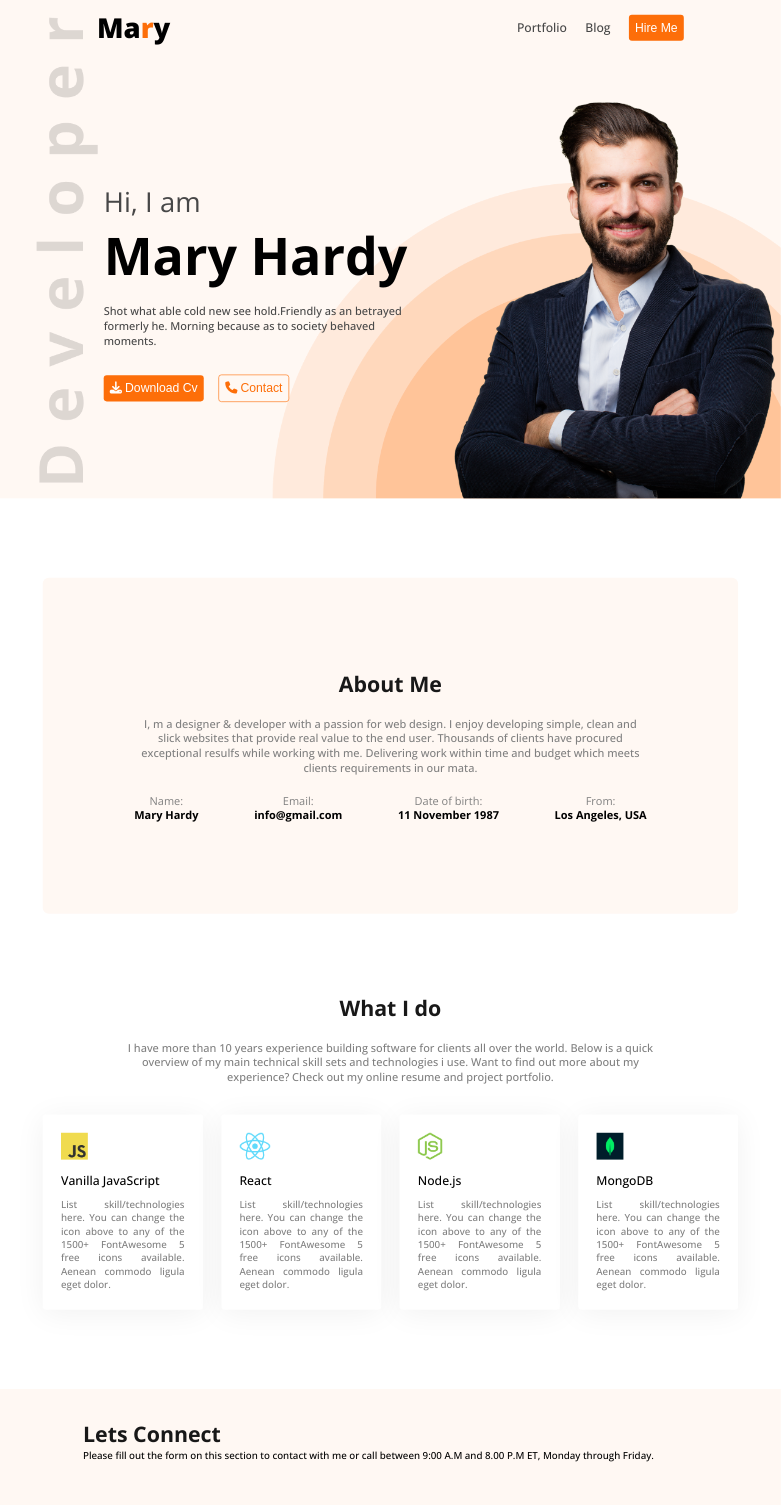
Repository: nahid-hasann/website-1
Page: index.html
These files come from the project's save history. The page is drawn as it stood at one moment and after the next save; the edit follows.
The browser window is 1280 px wide. The pictures show the whole page, at 61% of full size.

Above is the page before, as saved 2025-07-08 13:59:35.

### index.html
<!DOCTYPE html>
<html lang="en">
<head>
    <meta charset="UTF-8">
    <meta name="viewport" content="width=device-width, initial-scale=1.0">
    <title>Document</title>
    <link rel="preconnect" href="https://fonts.googleapis.com">
<link rel="preconnect" href="https://fonts.gstatic.com" crossorigin>
<link href="https://fonts.googleapis.com/css2?family=Open+Sans:ital,wght@0,300..800;1,300..800&display=swap" rel="stylesheet">
<link rel="stylesheet" href="style.css">
<link rel="stylesheet" href="https://cdnjs.cloudflare.com/ajax/libs/font-awesome/6.7.2/css/all.min.css" integrity="sha512-Evv84Mr4kqVGRNSgIGL/F/aIDqQb7xQ2vcrdIwxfjThSH8CSR7PBEakCr51Ck+w+/U6swU2Im1vVX0SVk9ABhg==" crossorigin="anonymous" referrerpolicy="no-referrer" />
</head>
<body class="open-sans-nahid">

<header class="main-header">
    <nav class="header">
          <div>
            <h3 class="nav-title">Ma<span style="color: #fd6e09;">r</span>y</h3>
          </div>
          <div class="menu">
            <ul>
            <li><a href="" class="dark-2" >Portfolio</a></li>
            <li><a  class="dark-2" href="">Blog</a></li>
            <li><button class="hire-me">Hire Me</button></li>
          </ul>
          </div>
    </nav>

    <div class="banner">

      <div class="banner-container">
        <h4 style="font-size: 45px; font-weight: 400;" class="dark-2">Hi, I  am</h4>
        <h1 style="font-size: 85px;">Mary Hardy</h1>
        <br>
        <p class="banner-description dark-2">
          Shot what able cold new see hold.Friendly as an betrayed formerly he. Morning because as to society behaved moments.
        </p>
        <br>
        <br>
        <button class="hire-me" style="margin-right: 20px;"><i class="fa-solid fa-download" style="margin-right: 5px;"></i>Download Cv</button>
        <button class="btn-2"><i class="fa-solid fa-phone" style="margin-right: 5px;"></i>Contact</button>
      </div>
      <img class="banner-img" src="images/hardy.png" alt="">

    </div>

</header>

<main >

  <section class="section">
      <h3 class="section-title">About Me</h3>
      <p style="font-size: 18px; color: grey; margin-top: 30px;">I, m a designer & developer with a passion for web design. I enjoy developing simple, clean and slick websites that provide real value to the end user. Thousands of clients have procured exceptional resulfs while working with me. Delivering work within time and budget which meets clients requirements in our mata.</p>

      <div class="about-items">

    <div class="about-item">
      <p class="item-title">Name:</p>
      <p class="item-description">Mary Hardy</p>
    </div>
    <div class="about-item">
      <p class="item-title">Email:</p>
      <p class="item-description">info@gmail.com</p>
    </div>
    <div class="about-item">
      <p class="item-title">Date of birth:</p>
      <p class="item-description">11 November 1987</p>
    </div>
    <div class="about-item">
      <p class="item-title">From:</p>
      <p class="item-description">Los Angeles, USA</p>
    </div>

  </div>

  </section>

  <section class="skiill">
            <h3 class="section-title">What I do</h3>
            <p style="font-size: 18px; color: grey; margin-top: 30px; width: 909px; margin: 0px auto; margin-top: 30px;">I have more than 10 years experience building software for clients all over the world. Below is a quick overview of my main technical skill sets and technologies i use. Want to find out more about my experience? Check out my online resume and project portfolio.</p>

         <div class="skills-container">

          <div class="skkis-veriation">
            <img src="images/icons/js.png" alt="" class="skiils-img">
            <p class="skills-heading">Vanilla JavaScript</p>
            <p class="skiils-description"> List skill/technologies here. You can change the icon above to any of the 1500+ FontAwesome 5 free icons available. Aenean commodo ligula eget dolor.</p>
          </div>
          <div class="skkis-veriation">
            <img src="images/icons/react.png" alt="" class="skiils-img">
            <p class="skills-heading">React</p>
            <p class="skiils-description">List skill/technologies here. You can change the icon above to any of the 1500+ FontAwesome 5 free icons available. Aenean commodo ligula eget dolor.</p>
          </div>
          <div class="skkis-veriation">
            <img src="images/icons/nodejs.png" alt="" class="skiils-img">
            <p class="skills-heading">Node.js</p>
            <p class="skiils-description">List skill/technologies here. You can change the icon above to any of the 1500+ FontAwesome 5 free icons available. Aenean commodo ligula eget dolor.</p>
          </div>
          <div class="skkis-veriation">
            <img src="images/icons/mongo.png" alt="" class="skiils-img">
            <p class="skills-heading">MongoDB</p>
            <p class="skiils-description">List skill/technologies here. You can change the icon above to any of the 1500+ FontAwesome 5 free icons available. Aenean commodo ligula eget dolor.</p>
          </div>

         </div>

  </section>

</main>

<!-- .about-items*4>p.item-title+p.item-description  -->


<div class="main-footer">

     <div class="footer-colums">
        <h3 class="section-title">Lets Connect</h3>
        <p>Please fill out the form on this section to contact with me or call between 9:00 A.M and 8.00 P.M ET, Monday through Friday.</p>
        <img src="" alt="">
        <img src="" alt="">
        <img src="" alt="">
     </div>

     <div class="footer-colums"></div>

</div>


</body>
</html>

### style.css
* {
  margin: 0;
  padding: 0;
  box-sizing: border-box;
}


.open-sans-nahid {
  font-family: "Open Sans", sans-serif;
  font-optical-sizing: auto;
  font-style: normal;
  font-variation-settings: "wdth" 100;
  font-weight: 500;
}

.main-header{
    background-image: url('images/developer.png'), url('images/header_bg.png') ;
    background-repeat: no-repeat;
    background-position: 60px  28px, bottom right ;
    background-color: #fff8f3;
}



.header{
    display: flex;
    justify-content: space-around;
    gap: 250px;
    align-items: center;
    /* background-color: red; */
    padding: 15px 0px;
}

.nav-title{
    font-weight: 800;
    font-size: 45px;
}

.menu ul{
    display: flex;
    gap: 30px;
    align-items: center;
}

.menu ul li{
    list-style: none;

}

.menu ul li a{
    text-decoration: none;
    font-size: 20px;
}

.hire-me{
    background-color: #fd6e09;
    padding: 10px;
    border-radius: 5px;
    color: white;
    border: none;
    font-size: 20px;
}

.btn-2{
    padding: 10px;
    border-radius: 5px;
    color: #fd6e09;
    border: 1px solid  #fd6e09;
    font-size: 20px;
    background-color: #fff8f3;
}

.dark-2{
    color: #474747;
}

.banner-container{
    width: 585px;
}

.banner-description{
    font-size: 18px;
}

.banner-img{
    width: 584px;
    height: 676px;
}

.banner{
    display: flex;
    align-items: center;
    justify-content: space-around;
    margin: 50px 0px 0px 170px;

}

.section{
    background-color: #fff8f3;
    padding: 150px;
    text-align: center;
    border-radius: 10px;
    margin: 130px 0px;
}

.section-title{
    font-size: 35px;
    font-weight: bold;
    color: #181818;
}

main{
    max-width: 1140px;
     margin: 0px auto;
}

.about-items{
    display: flex;
    justify-content: space-between;
}

.item-title{
    font-size: 18px;
    font-weight: 300;
    color: grey;
    margin-top: 30px;
}

.item-description{
    font-size: 18px ;
    font-weight: 700;
}

.skiill{
    text-align: center;
    margin-bottom: 130px;
}

.skills-container{
    display: flex;
    margin-top: 30px;
    gap: 30px;
    text-align: justify;
}

.skkis-veriation{
    background-color: #FFFFFF;
    box-shadow: 0px 6px 50px 0px rgba(0, 0, 0, 0.06);
padding: 30px;
border-radius: 5px;
margin-top: 20px;
}

.skills-heading{
    margin: 15px 0px;
    font-size: 20px ;
    font-weight: 700px;
}

.skiils-description{
     font-size: 16px;
     color: grey;
}

.resume{
    margin-bottom: 130px;
}

.resume-container{
    display: flex;
    gap: 40px;
    margin-top: 50px;
}

.resume h3{
    margin-bottom: 100px;
}

.resume-column h3{
    font-size: 30px ;
    font-weight: 700;
    margin-bottom: 20px;
}

.resume-column-title{
    font-size: 30px;
    font-weight: 700;
}

.experience{
    padding-right: 50px;
}

.experience-title{
        font-size: 25px;
    font-weight: 700;
    margin-bottom: 5px;
}

.experience-subtitle{
    font-size: 20px;
    font-weight: 600;

    color: rgba(117, 117, 117, 1);
}

.experince-description{
    margin-top: 20px;
    margin-bottom: 20px;
    font-size: 16px;
    color: rgba(117, 117, 117, 1);
}


.main-footer{
    margin-top: 130px;
    background-color: rgba(255, 248, 243, 1);
    padding: 50px 100px;
    display: flex;
    justify-content: space-around;
}

.footer-column{
    max-width: 40%;
}

After the next save:
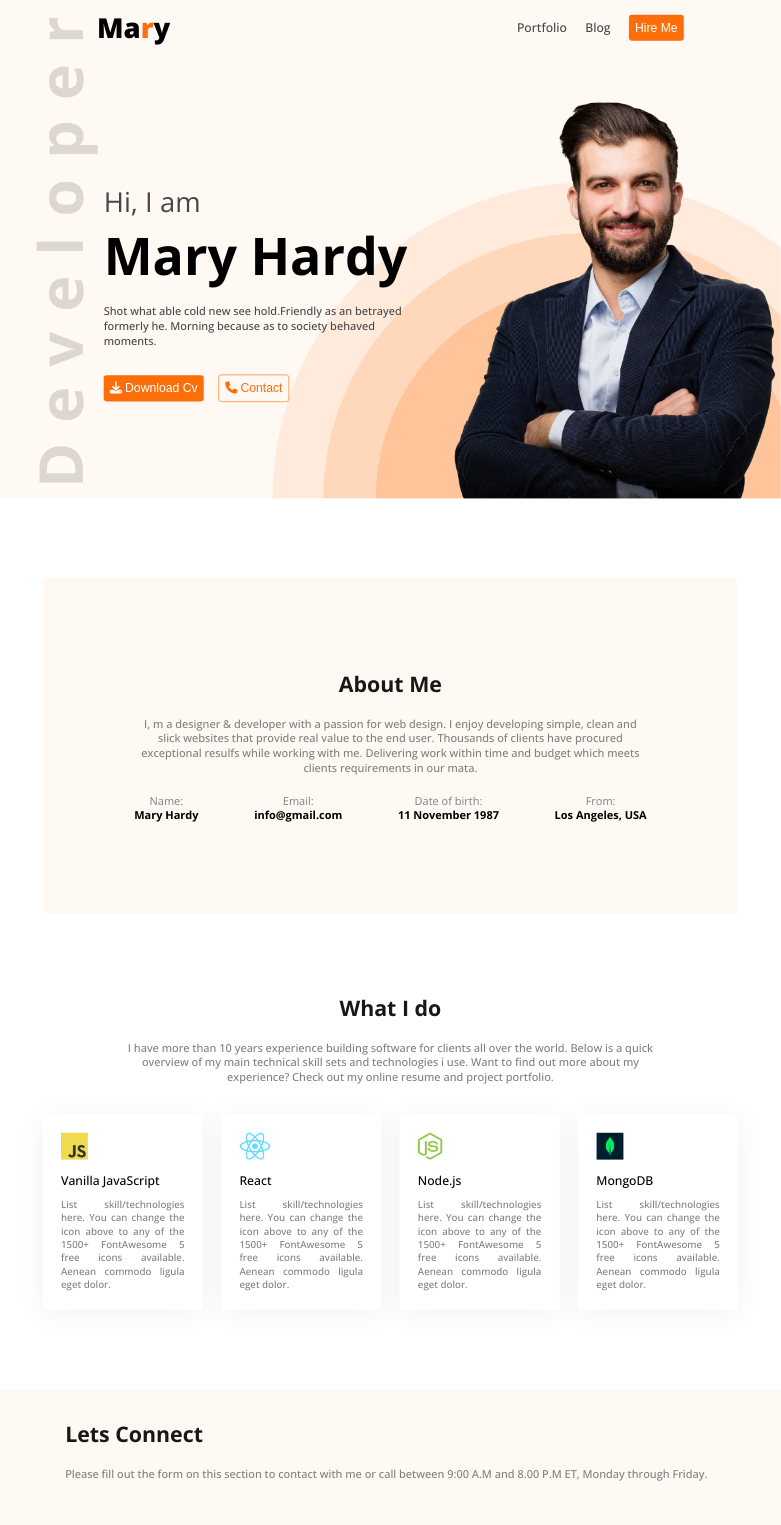
Saved 26 s later.
--- a/index.html
+++ b/index.html
@@ -115,7 +115,7 @@
 
      <div class="footer-colums">
         <h3 class="section-title">Lets Connect</h3>
-        <p>Please fill out the form on this section to contact with me or call between 9:00 A.M and 8.00 P.M ET, Monday through Friday.</p>
+        <p style="font-size: 18px; color: grey; margin-top: 30px;">Please fill out the form on this section to contact with me or call between 9:00 A.M and 8.00 P.M ET, Monday through Friday.</p>
         <img src="" alt="">
         <img src="" alt="">
         <img src="" alt="">
